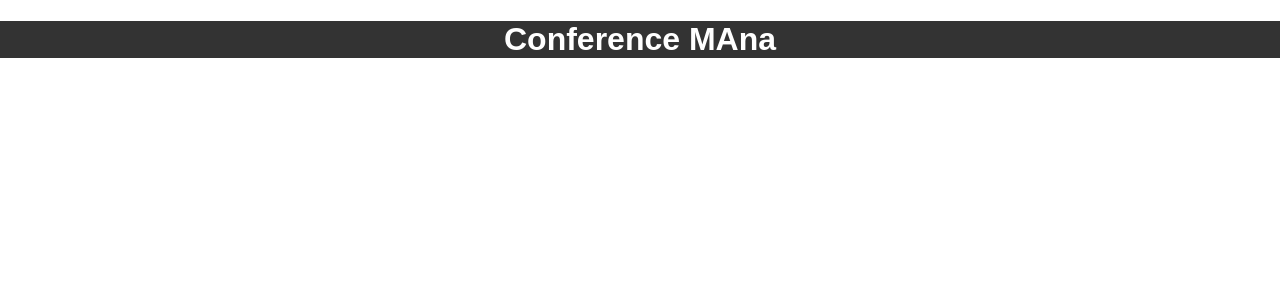
Repository: AMIT1439027/conferenceapp
Page: http://localhost/register.php
These files come from the project's save history. The page is drawn as it stood at one moment and after the next save; the edit follows.
The browser window is 1280 px wide. The pictures show the whole page.
The page is run by PHP 8.4 with error messages shown; the project is at /var/www/html/.

Above is the page before, as saved 2024-05-29 11:23:36.

After the next save:
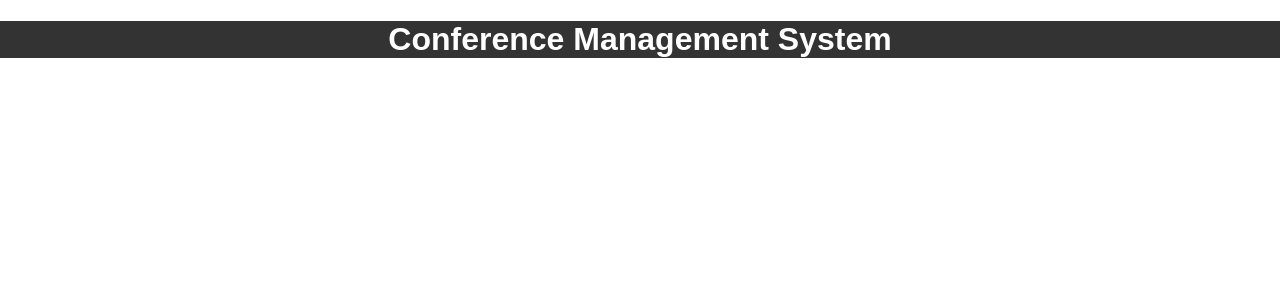
Saved 4 s later.
--- a/register.php
+++ b/register.php
@@ -27,7 +27,7 @@
 </head>
 <body>
     <header>
-        <h1>Conference MAna</h1>
+        <h1>Conference Management System</h1>
     </header>
 </body>
 </html>
